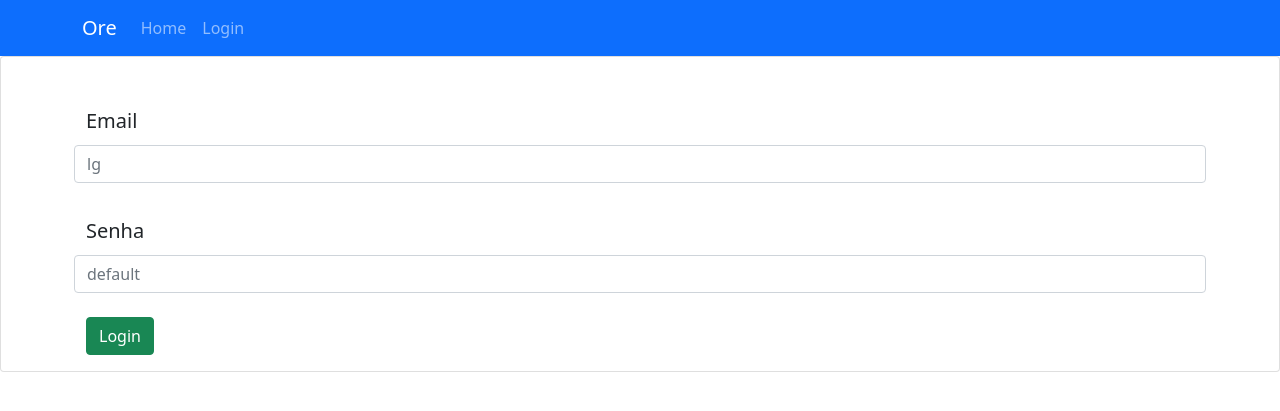
Repository: thf4/React-Front
Page: /login
These files come from the project's save history. The page is drawn as it stood at one moment and after the next save; the edit follows.
The browser window is 1280 px wide. The pictures show the whole page.
The project was rebuilt for these pictures with package versions that can differ from the ones it lists, and the page was loaded fresh each time. Also part of the build but not shown: src/config/index.js, src/pages/Home/index.js, src/pages/Vizualizar/index.js, src/config/cadastrar.js, src/pages/Cadastrar/index.js, src/pages/Editar/index.js, src/pages/HomePage/index.js.

Above is the page before, as saved 2021-05-07 16:16:14.

After the next save:
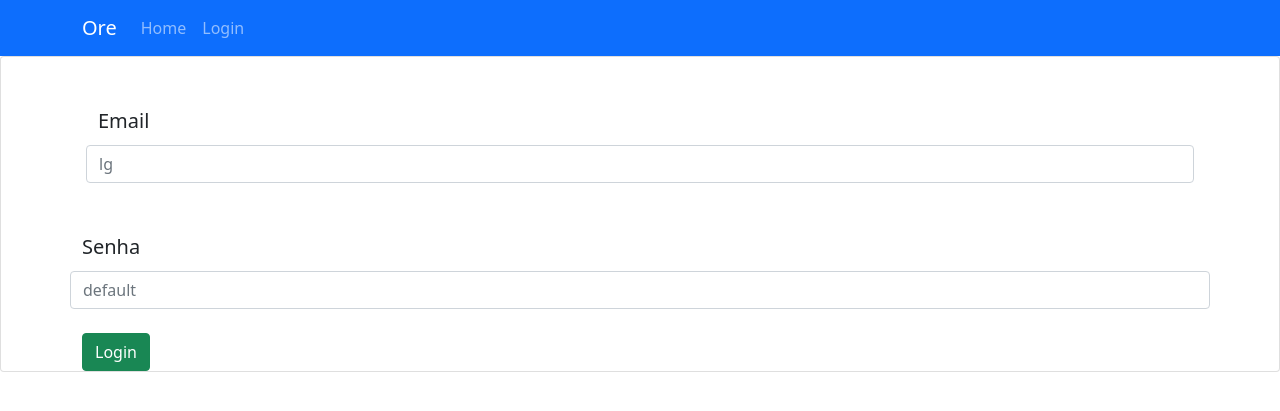
Saved 16 s later.
--- a/src/pages/Login/index.js
+++ b/src/pages/Login/index.js
@@ -4,8 +4,8 @@ export const Login = (props) => {
   return (
 
       <Form className="card">
-        <Container className="card-body">
-        <FormGroup row className="mt-4 sm-4">
+        <Container>
+        <FormGroup row className="card-body mt-4 sm-4">
           <Label for="email"  size="lg">
             Email
           </Label>
